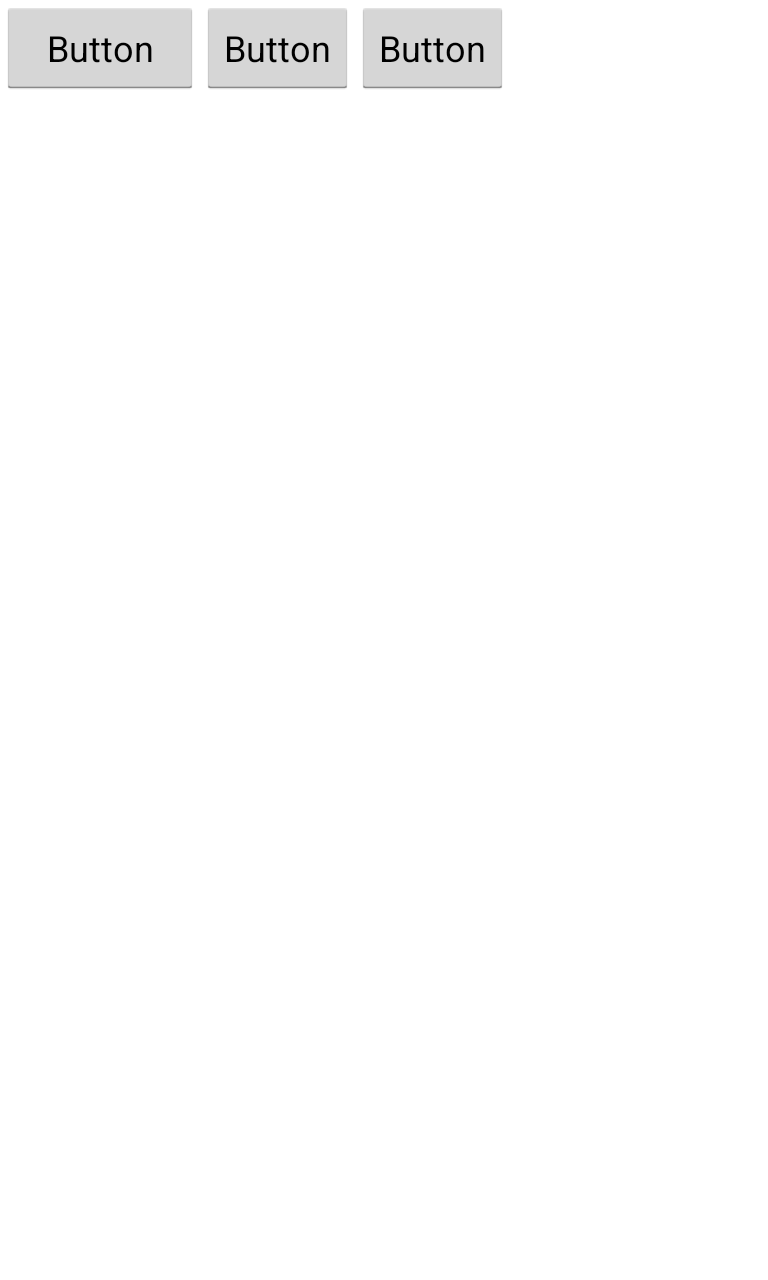
Repository: b-agarwal/rt-solomo
Layout: Rush/res/layout/fragment_header.xml
These files come from the project's save history. The layout is drawn as it stood at one moment and after the next save; the edit follows.
It is drawn on a 768 x 1280 px phone screen (xhdpi) without system bars, with theme AppTheme; the app's code is not run.

Above is the layout before, as saved 2013-03-01 22:38:06.

### Rush/res/layout/fragment_header.xml
<?xml version="1.0" encoding="utf-8"?>
<LinearLayout xmlns:android="http://schemas.android.com/apk/res/android"
    android:layout_width="fill_parent"
    android:layout_height="fill_parent" >

    <Button
        android:id="@+id/button1"
        android:layout_width="100dp"
        android:layout_height="wrap_content"
        android:text="Button" />

    <Button
        android:id="@+id/button2"
        android:layout_width="wrap_content"
        android:layout_height="wrap_content"
        android:text="Button" />

    <Button
        android:id="@+id/button3"
        android:layout_width="wrap_content"
        android:layout_height="wrap_content"
        android:text="Button" />

</LinearLayout>

### Rush/res/values/styles.xml
<resources>

    <!--
        Base application theme, dependent on API level. This theme is replaced
        by AppBaseTheme from res/values-vXX/styles.xml on newer devices.
    -->
    <style name="AppBaseTheme" parent="android:Theme.NoTitleBar">
        <!--
            Theme customizations available in newer API levels can go in
            res/values-vXX/styles.xml, while customizations related to
            backward-compatibility can go here.
        -->
    </style>

    <!-- Application theme. -->
    <style name="AppTheme" parent="AppBaseTheme">
        <!-- All customizations that are NOT specific to a particular API-level can go here. -->
    </style>

</resources>

Loaded but not shown: Rush/res/values-v11/styles.xml (common file); Rush/res/values-v14/styles.xml (common file)

After the next save:
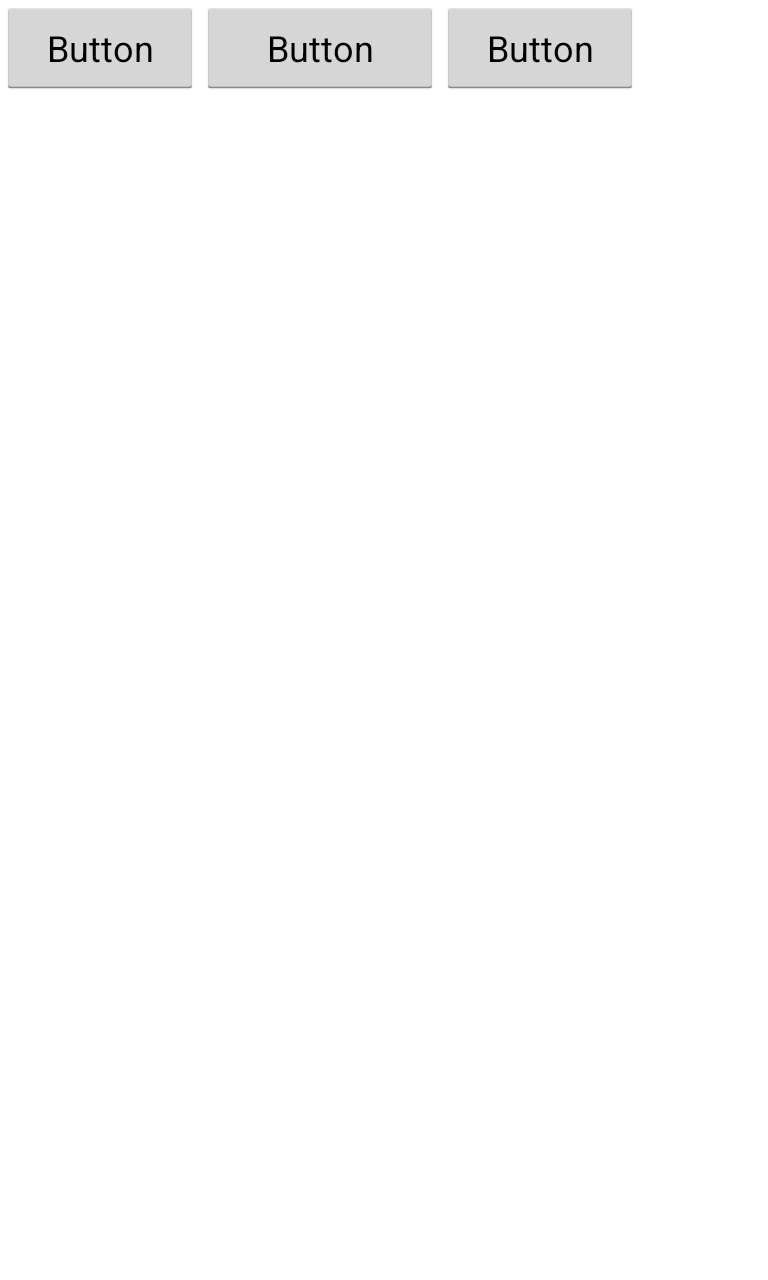
Saved 48 s later.
--- a/Rush/res/layout/fragment_header.xml
+++ b/Rush/res/layout/fragment_header.xml
@@ -11,13 +11,13 @@
 
     <Button
         android:id="@+id/button2"
-        android:layout_width="wrap_content"
+        android:layout_width="120dp"
         android:layout_height="wrap_content"
         android:text="Button" />
 
     <Button
         android:id="@+id/button3"
-        android:layout_width="wrap_content"
+        android:layout_width="100dp"
         android:layout_height="wrap_content"
         android:text="Button" />
 
